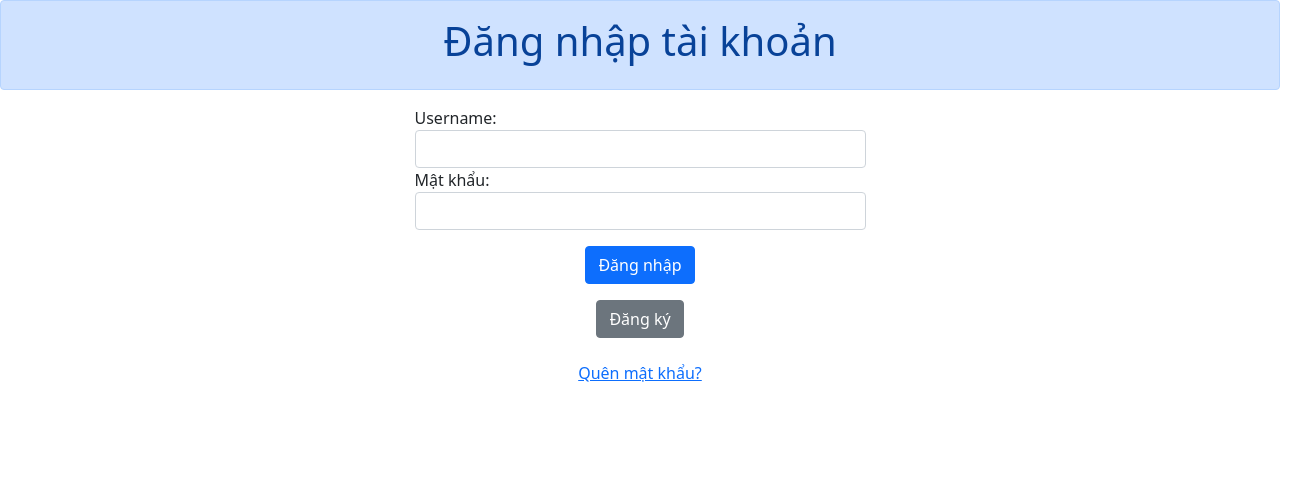
Repository: Carwyn1101/NguyenDinhHongPhuc_22133041
Page: http://localhost/LapTrinhWeb/views/login.jsp
These files come from the project's save history. The page is drawn as it stood at one moment and after the next save; the edit follows.
The browser window is 1280 px wide. The page is 1292 px wide, so the pictures cover 1292 px, including what lies to the right of the window. The pictures show the whole page.
The page is served by Tomcat 10. Nobody is signed in. The application's start-up code is not run.

Above is the page before, as saved 2024-09-15 15:11:38.

After the next save:
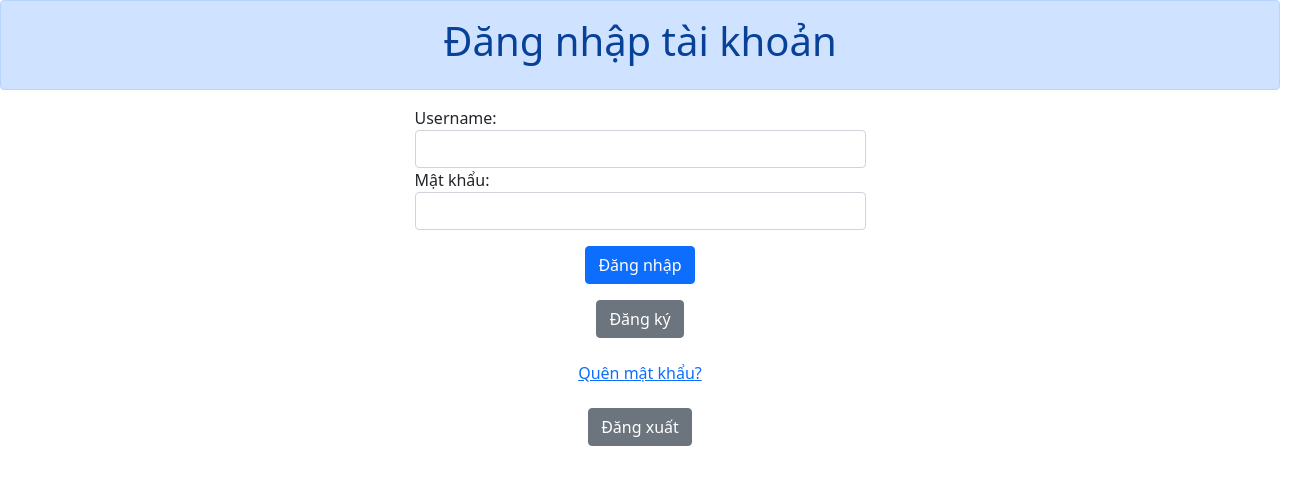
Saved 3 min 16 s later.
--- a/LapTrinhWeb/src/main/webapp/views/login.jsp
+++ b/LapTrinhWeb/src/main/webapp/views/login.jsp
@@ -1,55 +1,67 @@
-<%@ page language="java" contentType="text/html; charset=UTF-8" pageEncoding="UTF-8"%>
-<%@ taglib prefix="c" uri="http://java.sun.com/jsp/jstl/core" %>
+<%@ page language="java" contentType="text/html; charset=UTF-8"
+	pageEncoding="UTF-8"%>
+<%@ taglib prefix="c" uri="http://java.sun.com/jsp/jstl/core"%>
 <!DOCTYPE html>
 <html>
 <head>
 <meta charset="UTF-8">
 <meta name="viewport" content="width=device-width, initial-scale=1">
 <!-- Bootstrap CSS -->
-<link href="https://cdn.jsdelivr.net/npm/bootstrap@5.0.2/dist/css/bootstrap.min.css" rel="stylesheet">
+<link
+	href="https://cdn.jsdelivr.net/npm/bootstrap@5.0.2/dist/css/bootstrap.min.css"
+	rel="stylesheet">
 <title>Đăng nhập tài khoản</title>
 </head>
 <body>
-    <header class="row">
-        <div class="col">
-            <div class="alert alert-primary col" align="center">
-                <h1>Đăng nhập tài khoản</h1>
-            </div>
-        </div>
-    </header>
+	<header class="row">
+		<div class="col">
+			<div class="alert alert-primary col" align="center">
+				<h1>Đăng nhập tài khoản</h1>
+			</div>
+		</div>
+	</header>
 
-    <div class="container">
-        <div class="row justify-content-center">
-            <div class="col-12 col-md-5">
-                <form action="${pageContext.request.contextPath}/login" method="post">
-                    <c:if test="${alert != null}">
-                        <label class="alert alert-danger">${alert}</label>
-                    </c:if>
+	<div class="container">
+		<div class="row justify-content-center">
+			<div class="col-12 col-md-5">
+				<form action="${pageContext.request.contextPath}/login"
+					method="post">
+					<c:if test="${alert != null}">
+						<label class="alert alert-danger">${alert}</label>
+					</c:if>
 
-                    <div class="form-group">
-                        <label for="username">Username:</label>
-                        <input type="text" id="username" name="username" class="form-control" />
-                    </div>
+					<div class="form-group">
+						<label for="username">Username:</label> <input type="text"
+							id="username" name="username" class="form-control" />
+					</div>
 
-                    <div class="form-group">
-                        <label for="password">Mật khẩu: </label>
-                        <input type="password" id="password" name="password" class="form-control" />
-                    </div>
+					<div class="form-group">
+						<label for="password">Mật khẩu: </label> <input type="password"
+							id="password" name="password" class="form-control" />
+					</div>
 
-                    <div class="form-group mt-3" align="center">
-                        <button type="submit" class="btn btn-primary">Đăng nhập</button>
-                    </div>
+					<div class="form-group mt-3" align="center">
+						<button type="submit" class="btn btn-primary">Đăng nhập</button>
+					</div>
 
-                    <div class="form-group mt-3" align="center">
-                        <button type="button" class="btn btn-secondary" onclick="window.location.href='${pageContext.request.contextPath}/register'">Đăng ký</button>
-                    </div>
+					<div class="form-group mt-3" align="center">
+						<button type="button" class="btn btn-secondary"
+							onclick="window.location.href='${pageContext.request.contextPath}/register'">Đăng
+							ký</button>
+					</div>
 
-                    <div class="form-group mt-3" align="center">
-                        <a href="${pageContext.request.contextPath}/forgetPassword" class="btn btn-link">Quên mật khẩu?</a>
-                    </div>
-                </form>
-            </div>
-        </div>
-    </div>
+					<div class="form-group mt-3" align="center">
+						<a href="${pageContext.request.contextPath}/forgetPassword"
+							class="btn btn-link">Quên mật khẩu?</a>
+					</div>
+
+					<div class="form-group mt-3" align="center">
+						<button type="button" class="btn btn-secondary"
+							onclick="window.location.href='logout'">Đăng xuất</button>
+					</div>
+				</form>
+			</div>
+		</div>
+	</div>
 </body>
 </html>

After the 3 saves that followed:
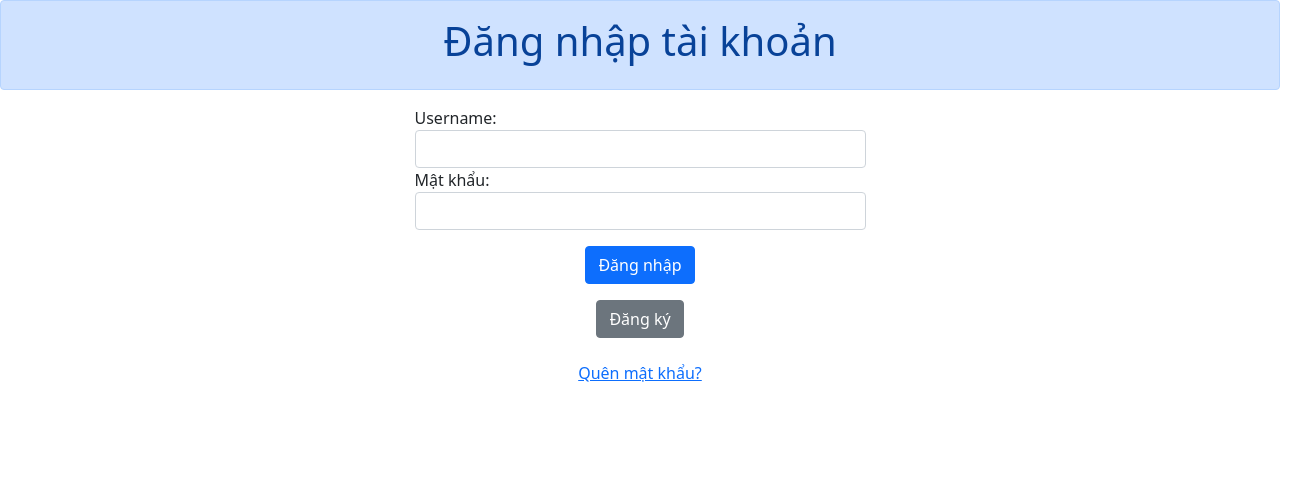
The 3 saves are shown as one change because 2 left the picture as it was.
The last was saved 119 s later.
--- a/LapTrinhWeb/src/main/webapp/views/login.jsp
+++ b/LapTrinhWeb/src/main/webapp/views/login.jsp
@@ -55,10 +55,6 @@
 							class="btn btn-link">Quên mật khẩu?</a>
 					</div>
 
-					<div class="form-group mt-3" align="center">
-						<button type="button" class="btn btn-secondary"
-							onclick="window.location.href='logout'">Đăng xuất</button>
-					</div>
 				</form>
 			</div>
 		</div>
